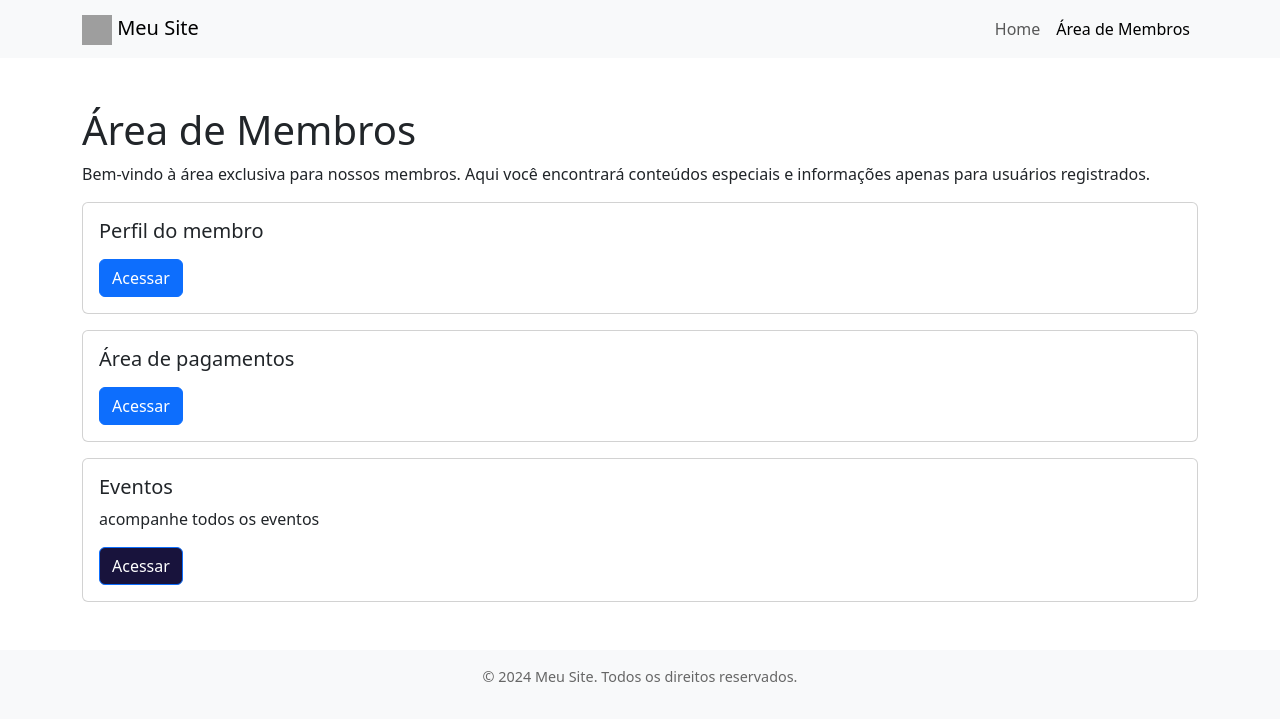
Repository: br-on/projeto-escolinhav3
Page: http://localhost/membros
An editor plug-in stored every save of this project. The page is shown before and after the next save, followed by the edit.
The browser window is 1280 px wide. The pictures show the whole page.
Pictures or frames that could not be fetched are drawn as grey boxes. The page is served by the project's application, run on Flask 3 (main.py).

Above is the page before, as saved 2024-11-15 10:20:26.

### templates/membros.html
<!DOCTYPE html>
<html lang="pt-br">
<head>
    <meta charset="UTF-8">
    <meta name="viewport" content="width=device-width, initial-scale=1.0">
    <title>Área de Membros - Meu Site</title>
    <link href="https://cdn.jsdelivr.net/npm/bootstrap@5.3.0/dist/css/bootstrap.min.css" rel="stylesheet">
    <!-- Link para o CSS personalizado com url_for -->
    <link rel="stylesheet" href="{{ url_for('static', filename='css/style.css') }}">
</head>
<body>

    <!-- Navbar -->
    <nav class="navbar navbar-expand-lg navbar-light bg-light">
        <div class="container">
            <a class="navbar-brand" href="{{ url_for('views.index') }}">
                <!-- Link para o logo com url_for -->
                <img src="{{ url_for('static', filename='img/logo.png') }}" alt="Logo" width="30" height="30">
                Meu Site
            </a>
            <button class="navbar-toggler" type="button" data-bs-toggle="collapse" data-bs-target="#navbarNav">
                <span class="navbar-toggler-icon"></span>
            </button>
            <div class="collapse navbar-collapse" id="navbarNav">
                <ul class="navbar-nav ms-auto">
                    <li class="nav-item"><a class="nav-link" href="{{ url_for('views.index') }}">Home</a></li>
                    <li class="nav-item"><a class="nav-link active" href="{{ url_for('views.membros') }}">Área de Membros</a></li>
                </ul>
            </div>
        </div>
    </nav>

    <!-- Conteúdo da Área de Membros -->
    <main class="container my-5">
        <h1>Área de Membros</h1>
        <p>Bem-vindo à área exclusiva para nossos membros. Aqui você encontrará conteúdos especiais e informações apenas para usuários registrados.</p>

        <div class="card my-3">
            <div class="card-body">
                <h5 class="card-title">Perfil do membro</h5>
                <p class="card-text"></p>
                <a href="#" class="btn btn-primary">Acessar</a>
            </div>
        </div>
        <div class="card my-3">
            <div class="card-body">
                <h5 class="card-title">Área de pagamentos</h5>
                <p class="card-text"></p>
                <a href="#" class="btn btn-primary">Acessar</a>
            </div>
        </div>
        <div class="card my-3">
            <div class="card-body">
                <h5 class="card-title">Eventos</h5>
                <p class="card-text">acompanhe todos os eventos</p>
                <a href="#" class="btn btn-primary bg-primary">Acessar</a>
            </div>
        </div>
    </main>

    <!-- Footer -->
    <footer class="bg-light text-center py-3">
        <p>&copy; 2024 Meu Site. Todos os direitos reservados.</p>
    </footer>

    <script src="https://cdn.jsdelivr.net/npm/bootstrap@5.3.0/dist/js/bootstrap.bundle.min.js"></script>
</body>
</html>

### views.py
# views.py
from flask import Blueprint, render_template

# Cria um Blueprint para as views
views = Blueprint('views', __name__)

@views.route('/')
def index():
    return render_template('index.html')

@views.route('/membros')
def membros():
    return render_template('membros.html')

@views.route('/pagamentos')
def pagamentos():
    return render_template('pagamentos.html')

### main.py
# app.py
from flask import Flask
from views import views  # Importa o Blueprint

app = Flask(__name__)

# Registra o Blueprint das views
app.register_blueprint(views)

if __name__ == '__main__':
    app.run(debug=True)

### static/css/style.css
/* Estilos customizados */


header {
    background-image: url('../img/banner.jpg');
    background-size: cover;
    color: white;
}

footer {
    font-size: 0.9em;
    color: #666;
}

.bg-primary {
    background-color: #18133c !important; /* Cor de fundo substituída */
}

.text-white {
    color: #d8561f !important; /* Cor de texto substituída */
}

.topo-img{
    display: flex;
    width: 100%;
    justify-content: center;
    padding: 5px;
}

After the next save:
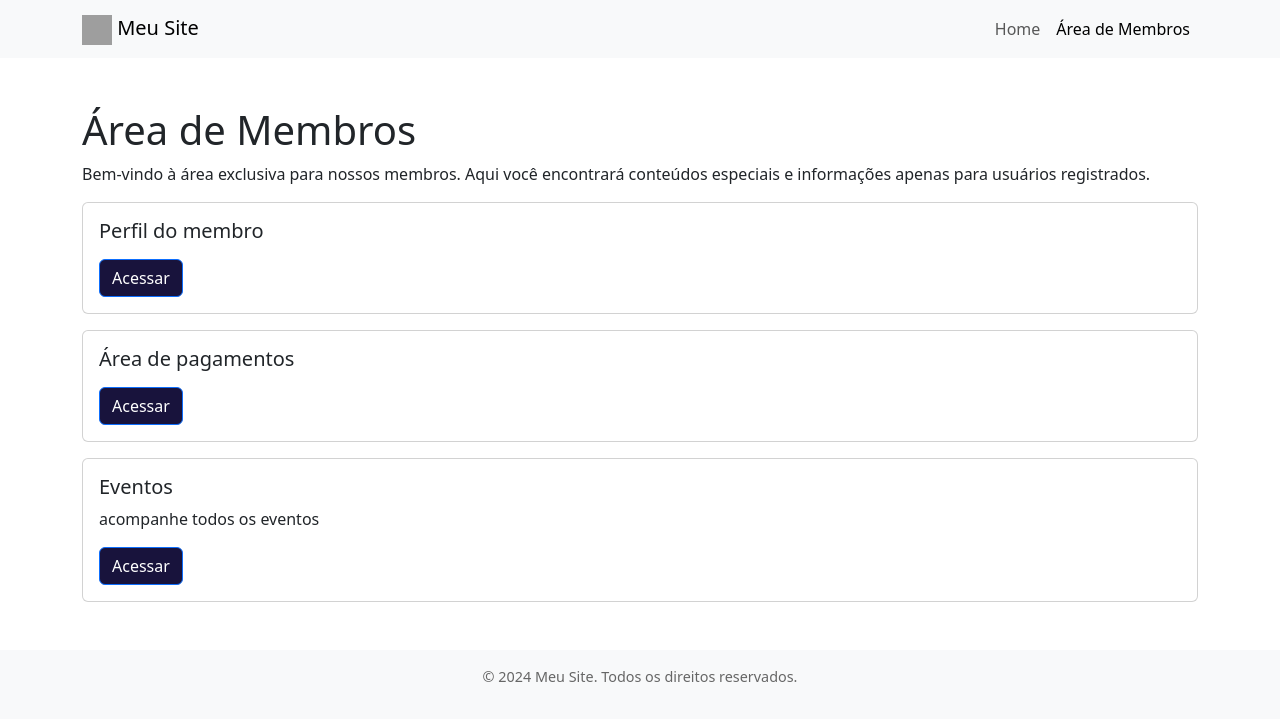
Saved 20 s later.
--- a/templates/membros.html
+++ b/templates/membros.html
@@ -39,14 +39,14 @@
             <div class="card-body">
                 <h5 class="card-title">Perfil do membro</h5>
                 <p class="card-text"></p>
-                <a href="#" class="btn btn-primary">Acessar</a>
+                <a href="#" class="btn btn-primary bg-primary">Acessar</a>
             </div>
         </div>
         <div class="card my-3">
             <div class="card-body">
                 <h5 class="card-title">Área de pagamentos</h5>
                 <p class="card-text"></p>
-                <a href="#" class="btn btn-primary">Acessar</a>
+                <a href="#" class="btn btn-primary bg-primary">Acessar</a>
             </div>
         </div>
         <div class="card my-3">
